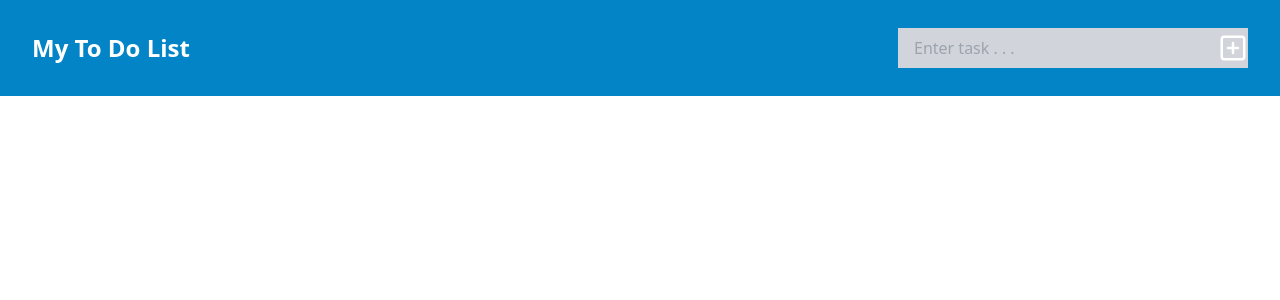
Repository: SaadYasin/react-to-do-list
Page: /
The author's editor kept a copy of each file at every save. The page is drawn from the files as they stood at one save, then again after a run of saves.
The browser window is 1280 px wide. The pictures show the whole page.
The project was rebuilt for these pictures with package versions that can differ from the ones it lists, and the page was loaded fresh each time. Also part of the build but not shown: src/App.css.

Above is the page before, as saved 2022-11-09 15:49:19.

After the next 2 saves:
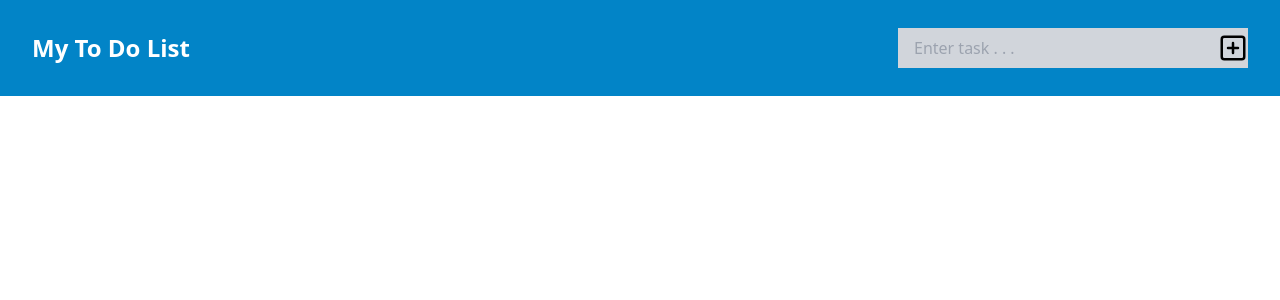
The 2 saves are shown as one change because they came seconds apart.
The last was saved 25 s later.
--- a/src/components/Input.js
+++ b/src/components/Input.js
@@ -6,7 +6,7 @@ const Input = () => {
     <div>
       <form className="flex h-10 bg-gray-300">
         <input type="text" placeholder='Enter task . . .' className="bg-transparent px-4 w-80"/>
-        <button className="text-3xl text-white" type='submit'><FiPlusSquare /></button>
+        <button className="text-3xl text-blue" type='submit'><FiPlusSquare /></button>
       </form>
     </div>
   )
